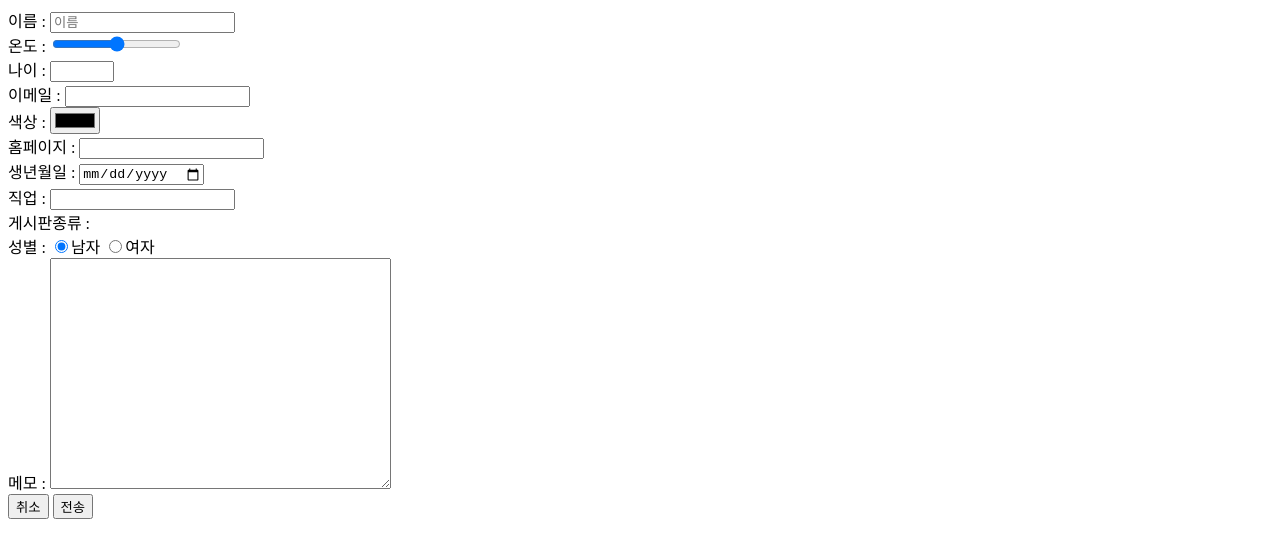
Repository: doridorijamjam2/JSP-Servlet
Page: Day_01/src/main/webapp/formPost.html
An editor plug-in stored every save of this project. The page is shown before and after the next save, followed by the edit.
The browser window is 1280 px wide. The pictures show the whole page.

Above is the page before, as saved 2021-10-19 04:20:12.

After the next save:
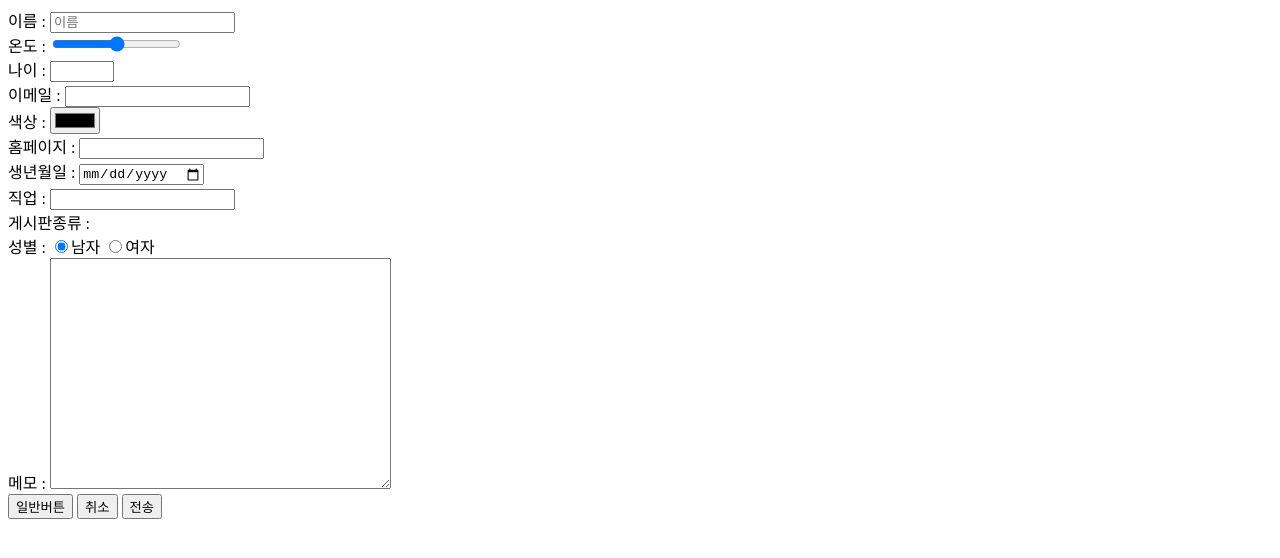
Saved 86 s later.
--- a/Day_01/src/main/webapp/formPost.html
+++ b/Day_01/src/main/webapp/formPost.html
@@ -43,7 +43,8 @@
 		<label for = "memo">메모 :</label>
 		<textarea rows ="15" cols="40" name = "memo" id = "memo"></textarea>
 		<br>
-		<input type = "submit" value = "취소"/>
+		<input type = "button" value = "일반버튼"/>
+		<input type = "reset" value = "취소"/>
 		<input type = "submit" value = "전송"/>
 
 	</form>
